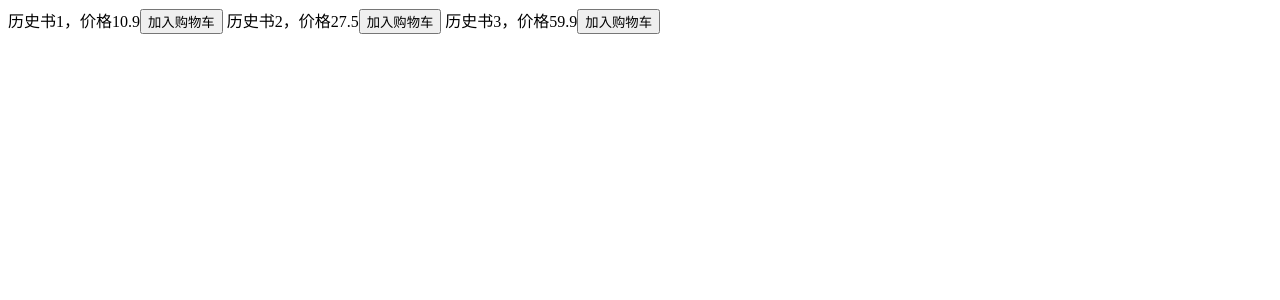
Repository: Matty-GCU/MyEclipse
Page: http://localhost/JavaWeb/chapter08_JSP_built_in_Object_2/homework/8.99.1hw1_book_history.jsp
The author's editor kept a copy of each file at every save. The page is drawn from the files as they stood at one save, then again after the next save.
The browser window is 1280 px wide. The pictures show the whole page.
The page is served by Tomcat 9.

Above is the page before, as saved 2021-10-27 16:24:20.

After the next save:
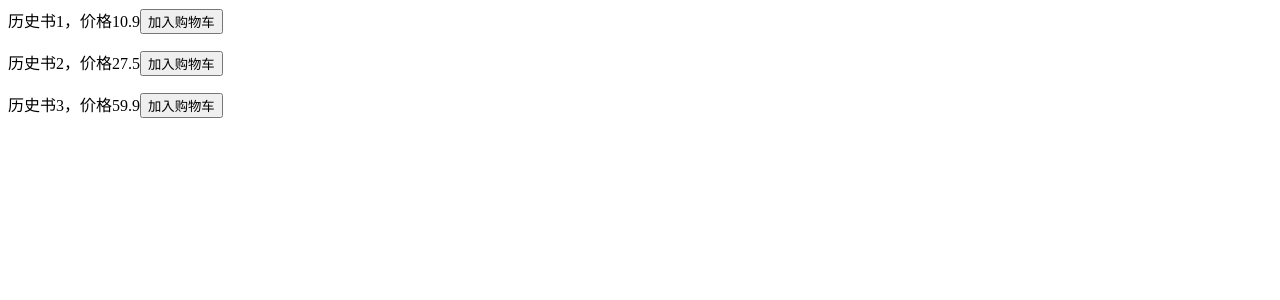
Saved 12 s later.
--- a/JavaWeb/WebRoot/chapter08_JSP_built_in_Object_2/homework/8.99.1hw1_book_history.jsp
+++ b/JavaWeb/WebRoot/chapter08_JSP_built_in_Object_2/homework/8.99.1hw1_book_history.jsp
@@ -14,8 +14,8 @@
 		<%
 
 		%>
-		历史书1，价格10.9<form><input type="submit" value="加入购物车"></form>
-		历史书2，价格27.5<form><input type="submit" value="加入购物车"></form>
+		历史书1，价格10.9<form><input type="submit" value="加入购物车"></form><br>
+		历史书2，价格27.5<form><input type="submit" value="加入购物车"></form><br>
 		历史书3，价格59.9<form><input type="submit" value="加入购物车"></form>
 	</body>
 </html>
